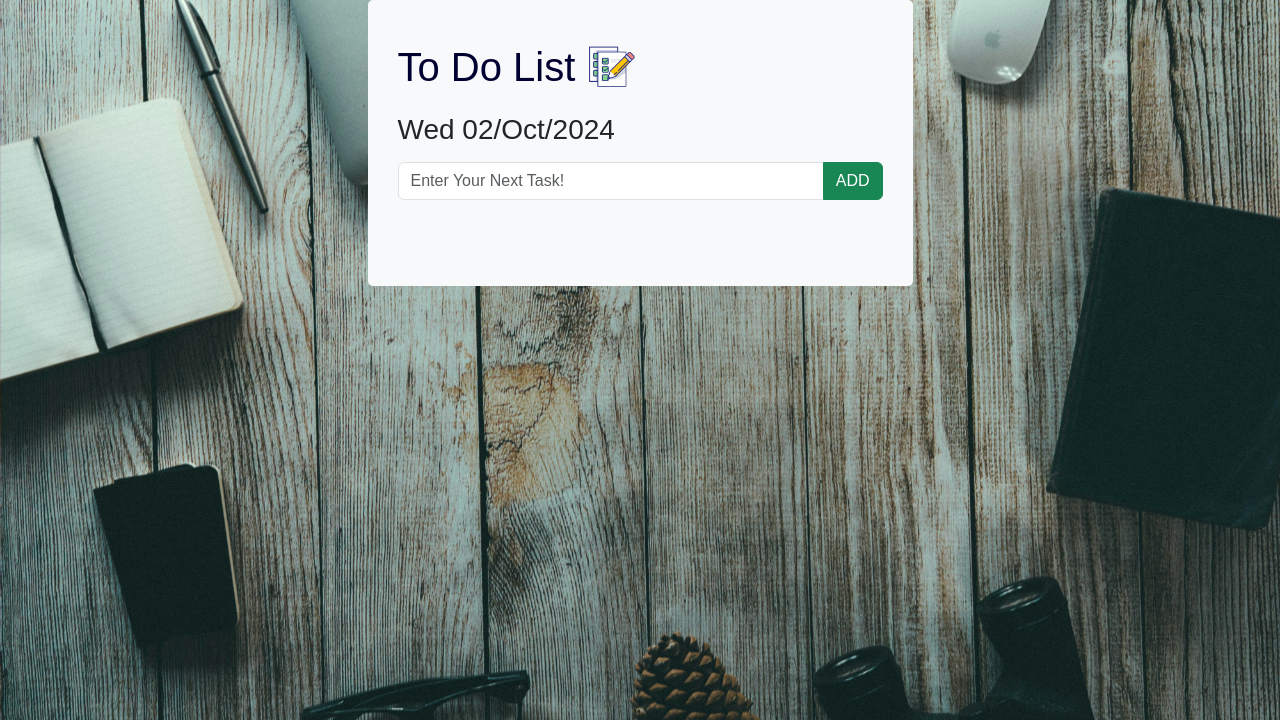
Repository: zeinawady/To_Do_List
Page: index.html
The author's editor kept a copy of each file at every save. The page is drawn from the files as they stood at one save, then again after a run of saves.
The browser window is 1280 px wide. The pictures show the whole page.
Some web libraries are served in a nearby version.

Above is the page before, as saved 2024-10-02 02:49:50.

### index.html
<!DOCTYPE html>
<html lang="en">

<head>
    <meta charset="UTF-8">
    <meta name="viewport" content="width=device-width, initial-scale=1.0">
    <title>To Do list</title>
    <link href="https://cdn.jsdelivr.net/npm/bootstrap@5.3.3/dist/css/bootstrap.min.css" rel="stylesheet" integrity="sha384-QWTKZyjpPEjISv5WaRU9OFeRpok6YctnYmDr5pNlyT2bRjXh0JMhjY6hW+ALEwIH" crossorigin="anonymous">
    <link rel="stylesheet" href="https://cdnjs.cloudflare.com/ajax/libs/font-awesome/6.6.0/css/all.min.css" integrity="sha512-Kc323vGBEqzTmouAECnVceyQqyqdsSiqLQISBL29aUW4U/M7pSPA/gEUZQqv1cwx4OnYxTxve5UMg5GT6L4JJg==" crossorigin="anonymous" referrerpolicy="no-referrer" />
    <link rel="stylesheet" href="css/style.css">
</head>

<body>
<div class="app">
    <div class="container">
        <div class="todo-app bg-body-tertiary m-auto">
            <h1>To Do List <img src="images/todolistpng.png" alt="to-do-list" class="logo"></h1>
           <h3 id="date"></h3>
            <div class="input-group mb-3">
                <input type="text"  class="form-control" id="input-box" placeholder="Enter Your Next Task!" aria-label="Enter Your Next Task!" aria-describedby="button">
                <button class="btn btn-success" onclick="addTask()">ADD</button>

            </div>
            <ul id="list-container">
                <!-- <li class="checked">Task 0</li>
                <li>Task 1</li> -->
            </ul>
        </div>

</div>
    </div>
    <script src="https://cdn.jsdelivr.net/npm/bootstrap@5.3.3/dist/js/bootstrap.bundle.min.js" integrity="sha384-YvpcrYf0tY3lHB60NNkmXc5s9fDVZLESaAA55NDzOxhy9GkcIdslK1eN7N6jIeHz" crossorigin="anonymous"></script>
    <script src="script.js"></script>
</body>

</html>

### css/style.css
* {
    margin: 0;
    padding: 0;
    box-sizing: border-box;
    font-family: Arial, Helvetica, sans-serif;
}

:root {
    --font-color: rgb(1, 1, 49);
}

li {
    list-style: none;
}
.app{
    background-image: url(../images/background3.jpg);
    background-position: center;
    background-size: cover;
    background-repeat: no-repeat;
    height: 100vh;
}

.todo-app {
    max-width: 545px;
    /* margin: 100px auto; */
    padding: 40px 30px 70px;
    border-radius: 5px;
    transition: 0.5s;

}

.todo-app:hover {
    box-shadow: 4px 5px rgb(114, 114, 114);

}

.todo-app h1 {
    color: var(--font-color);
    display: flex;
    align-items: center;
    margin-bottom: 20px;

}
#date{
    margin-bottom: 15px;
}

.logo {
    width: 53px;
    margin-left: 10px;
}

.form {
    background-color: #efe2e2;
    border-radius: 10px;
}


ul li {
    position: relative;
    font-size: 17px;
    padding: 12px 2px 12px 40px;
    user-select: none;
    cursor: pointer;
}

ul li::before {
    content: '';
    position: absolute;
    height: 28px;
    width: 28px;
    border-radius: 50%;
    background-image: url(../images/unchecked.png);
    background-size: cover;
    background-position: center;
    left: 1px;
    top: 8px;
}

ul li.checked {
    color: #555;
    text-decoration: line-through;

}

ul li.checked::before {
    color: #666;
    background-image: url(../images/checked.png);
}

ul li span {
    position: absolute;
    right: 0;
    top: 10px;
    font-size: 20px;
    color: #555;
}

ul li button{
    position: absolute;
    right: 35px;
    top: 2px;

}

### script.js
let listContainer = document.getElementById("list-container");
let inputBox = document.getElementById("input-box");
let currentDate = document.getElementById("date");
function addTask() {
    if (inputBox.value === '') {
        alert("No Task Added!");
    }
    else {
        let li = document.createElement("li");
        li.innerHTML = inputBox.value;
        listContainer.appendChild(li);
        let xSign = document.createElement("span");
        // xSign.innerHTML = '\u00d7';  // x sign code
        xSign.classList.add('fa-solid','fa-trash')
        li.appendChild(xSign);

        let editBtn = document.createElement("button");
        editBtn.classList.add('btn', 'btn-outline-success', 'fas', 'fa-edit');
        li.appendChild(editBtn);
    }
    inputBox.value = "";  //so that input text become empty again
    saveTask();

}

inputBox.addEventListener("keydown", function (e) {
    if (e.key === "Enter") {
        e.preventDefault();
        addTask();
    }
});

listContainer.addEventListener("click", function (e) {
    //e is the event object contains info about event & target element that was clicked.
    if (e.target.tagName === "LI") {
        e.target.classList.toggle("checked");
        saveTask();
    }
    else if (e.target.tagName === "SPAN") {
        e.target.parentElement.remove();
        saveTask();

    }
    else if (e.target.tagName === "BUTTON") {
        let li = e.target.parentElement;
        let currentTask = li.firstChild.textContent;
        let newTask = prompt("Edit Your Task: ", currentTask);
        if (newTask !== null && newTask.trim() !== "") {
            li.firstChild.textContent = newTask;
            saveTask();
        }
    }
})

function saveTask() {
    localStorage.setItem("Task", listContainer.innerHTML);
}
function showTask() {
    listContainer.innerHTML = localStorage.getItem("Task");
}
showTask();

function displayDate() {
    let date = new Date();
    date = date.toString().split(" ");
    currentDate.innerHTML = date[0] + " " + date[2] + '/' + date[1] + '/' + date[3];
    console.log();
}
window.onload = displayDate();

After the next 11 saves:
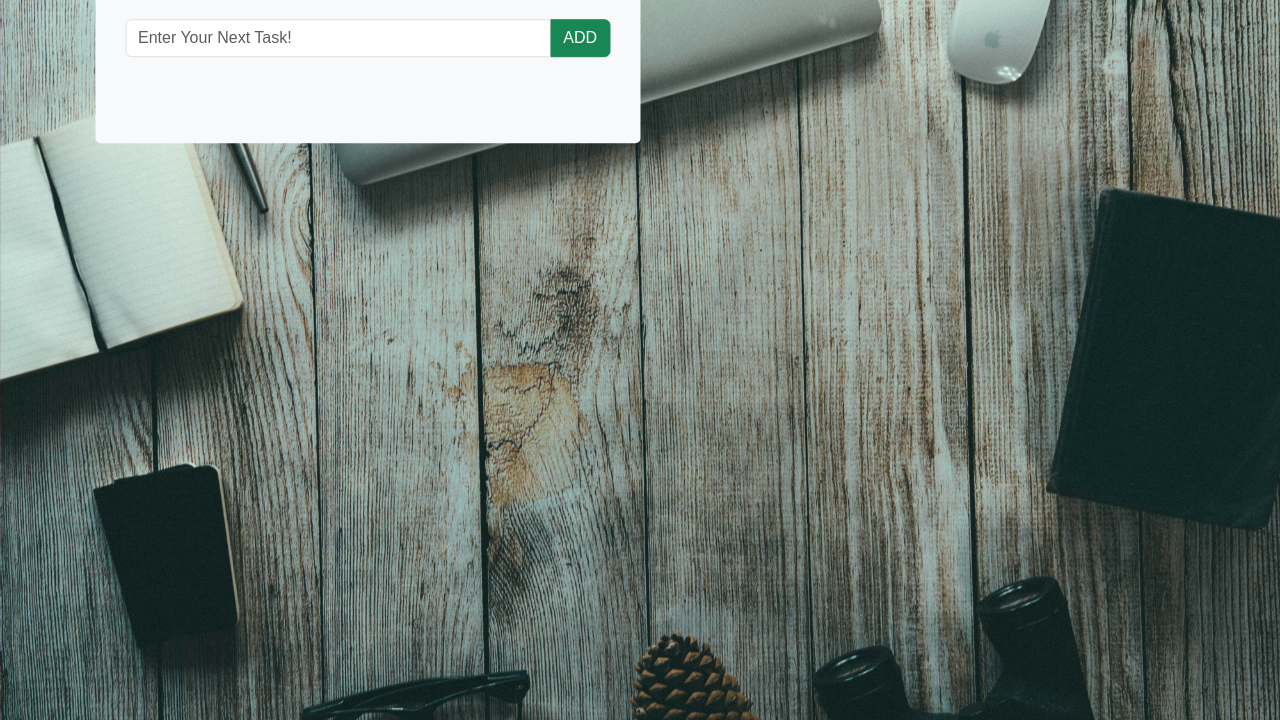
The 11 saves are shown as one change because they came seconds apart.
The last was saved 23 s later.
--- a/css/style.css
+++ b/css/style.css
@@ -26,7 +26,9 @@ li {
     padding: 40px 30px 70px;
     border-radius: 5px;
     transition: 0.5s;
-
+    position: relative;
+    top: 50%;
+    transform: translate(-50%,-50%);
 }
 
 .todo-app:hover {
